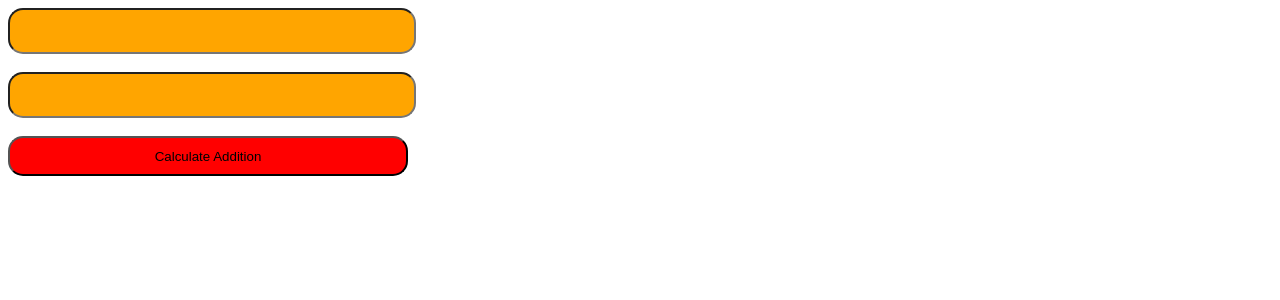
Repository: vaibhaokamble/MY_INSTITUTE_PUNE
Page: SERVLET/AdditionApplication/src/main/webapp/Addition.html
These files come from the project's save history. The page is drawn as it stood at one moment and after the next save; the edit follows.
The browser window is 1280 px wide. The pictures show the whole page.

Above is the page before, as saved 2022-10-18 11:04:42.

After the next save:
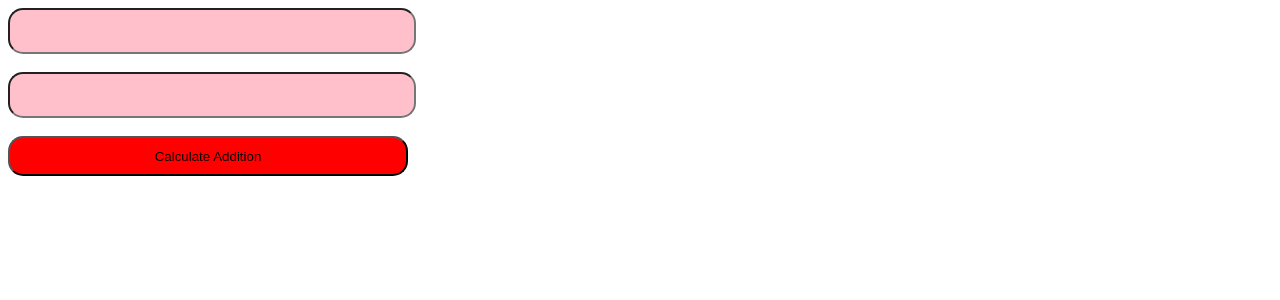
Saved 22 s later.
--- a/SERVLET/AdditionApplication/src/main/webapp/Addition.html
+++ b/SERVLET/AdditionApplication/src/main/webapp/Addition.html
@@ -7,11 +7,11 @@
 <body>
 <form name='frm' action='AddServ' method='POST'>
 	<input type='text' name='first' value=''
-		style='width: 400px; height: 40px; background-color:orange; border-radius:15px;' />
+		style='width: 400px; height: 40px; background-color:pink; border-radius:15px;' />
 	<br>
 	<br>
 	<input type='text' name='second' value=''
-		style='width: 400px; height: 40px; background-color:orange; border-radius:15px;' />
+		style='width: 400px; height: 40px; background-color:pink; border-radius:15px;' />
 	<br>
 	<br>
 	<input type='submit' name='s' value='Calculate Addition'
